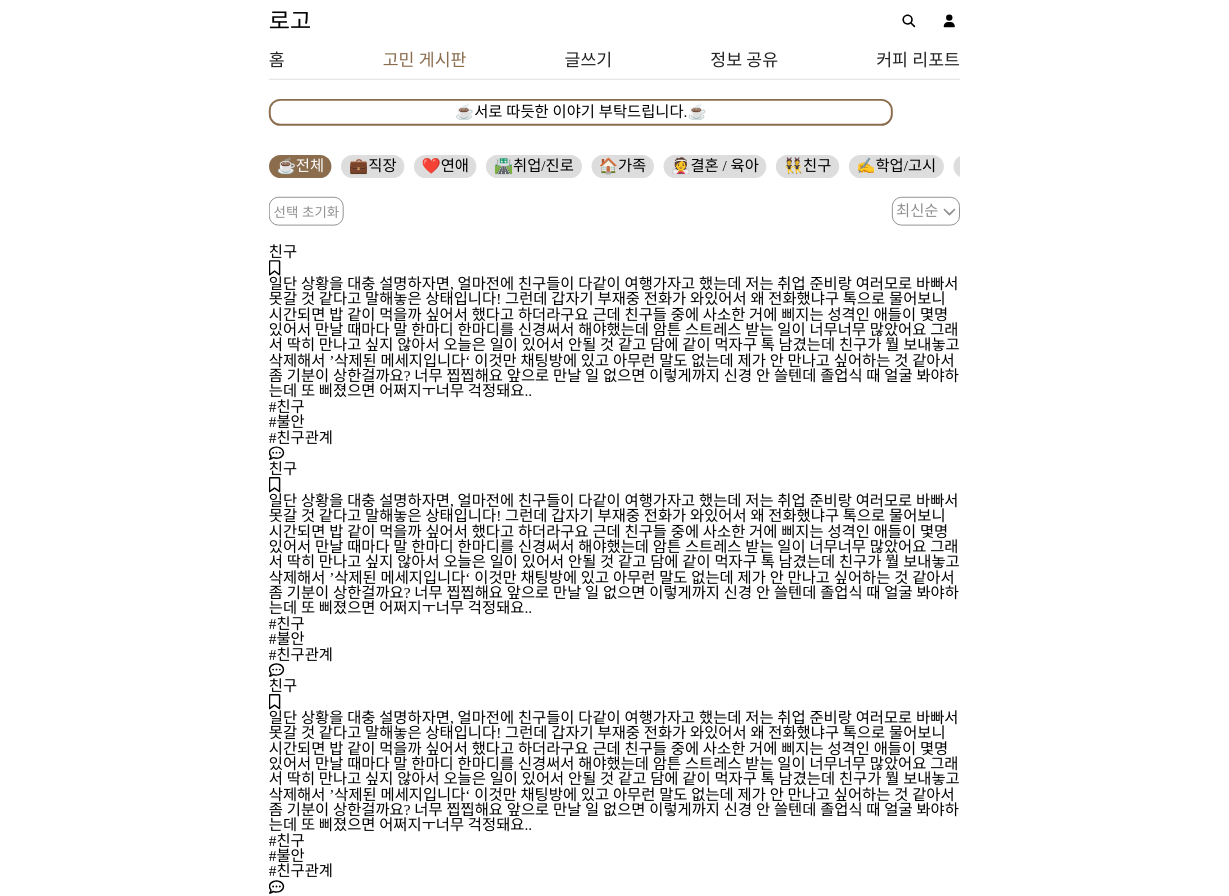
Repository: zlazlazla35/coffee
Page: /list
An editor plug-in stored every save of this project. The page is shown before and after the next save, followed by the edit.
The browser window is 1280 px wide. The pictures show the whole page, at 96% of full size.
Some web fonts or font styles are not loaded; a fallback is used. The project was rebuilt for these pictures with package versions that can differ from the ones it lists, and the page was loaded fresh each time. The framework's server and built-in components were replaced by stand-ins that run in the browser. Also part of the build but not shown: next.config.mjs.

Above is the page before, as saved 2024-12-26 21:09:28.

### src/app/layout.js
import { Geist, Geist_Mono } from "next/font/google";
import "./globals.css";
import Link from "next/link";
import { FontAwesomeIcon } from '@fortawesome/react-fontawesome'
import { faMagnifyingGlass, faUser } from '@fortawesome/free-solid-svg-icons'
import NavMenu from "./component/NavMenu";

const geistSans = Geist({
  variable: "--font-geist-sans",
  subsets: ["latin"],
});

const geistMono = Geist_Mono({
  variable: "--font-geist-mono",
  subsets: ["latin"],
});

export const metadata = {
  title: "Create Next App",
  description: "Generated by create next app",
};

export default function RootLayout({ children }) {
  return (
    <html lang="en">
      <body className={`${geistSans.variable} ${geistMono.variable}`}>
        <div className="nav_bar">
          <div className="nav_bar_top">
            <Link className="logo" href={'/'}>로고</Link>
            <div className="userBox">
              <button>
                <FontAwesomeIcon icon={faMagnifyingGlass} />
              </button>
              <button>
                <FontAwesomeIcon icon={faUser} />
              </button>
            </div>
          </div>
          <div className="nav_bar_bottom">
          <NavMenu></NavMenu>
          </div>
        </div>
        {children}
      </body>
    </html>
  );
}

### src/app/list/page.js
'use client'
import { useEffect, useRef, useState } from "react"
import { FontAwesomeIcon } from '@fortawesome/react-fontawesome'
import { faChevronDown, } from '@fortawesome/free-solid-svg-icons'
import { faBookmark, faCommentDots } from '@fortawesome/free-regular-svg-icons'


export default function List() {
    let [tagList, setTagList] = useState(['☕전체', '💼직장', '❤️연애', '🛣️취업/진로', '🏠가족', '👰결혼 / 육아', '👯친구', '✍️학업/고시', '🚫중독', '💰사업 / 금전', '💉질병 / 질환']);
    let [tagActive, setTagActive] = useState([true, false, false, false, false, false, false, false, false, false, false]);
    let [selectList, setSelectList] = useState(['최신순', '오랜된순', '인기순'])
    let [userSelect, setUserSelect] = useState('최신순')
    const userMenu = useRef();
    const [isOpen, setIsOpen] = useState(false);



    const modalCloseHandler = ({ target }) => {
        if (isOpen && !userMenu.current.contains(target)) setIsOpen(false);
    };

    useEffect(() => {
        window.addEventListener('click', modalCloseHandler);
        return () => {
            window.removeEventListener('click', modalCloseHandler);
        };
    });





    return (
        <div className="liset_page">
            <div className="top_border">
                ☕서로 따듯한 이야기 부탁드립니다.☕
            </div>
            <div className="tag">
                <ul className="tag_list">
                    {
                        tagList.map((item, i) => {

                            return (
                                <li className={tagActive[i] == true ? 'on' : null} key={i} onClick={(e) => {
                                    let copy = [...tagActive];

                                    if (copy[i] == false) {
                                        copy[i] = true;
                                        setTagActive(copy);
                                    } else {
                                        copy[i] = false;
                                        setTagActive(copy);
                                    }

                                    if (e.target.innerHTML !== '☕전체') {
                                        copy[0] = false;
                                        setTagActive(copy);
                                    } else {
                                        let copy2 = [true, false, false, false, false, false, false, false, false, false, false];
                                        setTagActive(copy2);
                                    }
                                }} >{item}</li>
                            )
                        })
                    }
                </ul>
            </div>
            <div className="filterBox">
                <button className="tag_reset" onClick={() => {
                    let copy2 = [true, false, false, false, false, false, false, false, false, false, false];
                    setTagActive(copy2);
                }}>선택 초기화</button>
                <div className="filterSelectBox" ref={userMenu} onClick={() => {
                    setIsOpen(!isOpen)
                }}>
                    <h2 className="title">{userSelect}<FontAwesomeIcon icon={faChevronDown} /></h2>
                    {
                        isOpen ?
                            <ul className="filterSelect">
                                {
                                    selectList.map((item, i) => {
                                        return (
                                            <li key={i} onClick={(e) => {
                                                setUserSelect(e.target.innerHTML);
                                            }}>{item}</li>
                                        )
                                    })
                                }
                            </ul>
                            :
                            null
                    }
                </div>
            </div>
            <div className="list_card">
                <div className="list_card_top">
                    <span className="title">친구</span>
                    <div>
                        <FontAwesomeIcon icon={faBookmark} />
                    </div>
                </div>
                <div className="userText">
                    일단 상황을 대충 설명하자면, 얼마전에 친구들이 다같이 여행가자고 했는데 저는 취업 준비랑 여러모로 바빠서 못갈 것 같다고 말해놓은 상태입니다!
                    그런데 갑자기 부재중 전화가 와있어서 왜 전화했냐구 톡으로 물어보니 시간되면 밥 같이 먹을까 싶어서 했다고 하더라구요
                    근데 친구들 중에 사소한 거에 삐지는 성격인 애들이 몇명있어서 만날 때마다 말 한마디 한마디를 신경써서 해야했는데 암튼 스트레스 받는 일이 너무너무 많았어요
                    그래서 딱히 만나고 싶지 않아서 오늘은 일이 있어서 안될 것 같고 담에 같이 먹자구 톡 남겼는데
                    친구가 뭘 보내놓고 삭제해서 ’삭제된 메세지입니다‘ 이것만 채팅방에 있고 아무런 말도 없는데
                    제가 안 만나고 싶어하는 것 같아서 좀 기분이 상한걸까요?
                    너무 찝찝해요 앞으로 만날 일 없으면 이렇게까지 신경 안 쓸텐데
                    졸업식 때 얼굴 봐야하는데 또 삐졌으면 어쩌지ㅜ너무 걱정돼요..
                </div>
                <div className="list_card_bottom">
                    <ul className="tag">
                        <li>#친구</li>
                        <li>#불안</li>
                        <li>#친구관계</li>
                    </ul>
                    <div className="comment">
                        <FontAwesomeIcon icon={faCommentDots} />
                    </div>
                </div>
            </div>
            <div className="list_card">
                <div className="list_card_top">
                    <span className="title">친구</span>
                    <div>
                        <FontAwesomeIcon icon={faBookmark} />
                    </div>
                </div>
                <div className="userText">
                    일단 상황을 대충 설명하자면, 얼마전에 친구들이 다같이 여행가자고 했는데 저는 취업 준비랑 여러모로 바빠서 못갈 것 같다고 말해놓은 상태입니다!
                    그런데 갑자기 부재중 전화가 와있어서 왜 전화했냐구 톡으로 물어보니 시간되면 밥 같이 먹을까 싶어서 했다고 하더라구요
                    근데 친구들 중에 사소한 거에 삐지는 성격인 애들이 몇명있어서 만날 때마다 말 한마디 한마디를 신경써서 해야했는데 암튼 스트레스 받는 일이 너무너무 많았어요
                    그래서 딱히 만나고 싶지 않아서 오늘은 일이 있어서 안될 것 같고 담에 같이 먹자구 톡 남겼는데
                    친구가 뭘 보내놓고 삭제해서 ’삭제된 메세지입니다‘ 이것만 채팅방에 있고 아무런 말도 없는데
                    제가 안 만나고 싶어하는 것 같아서 좀 기분이 상한걸까요?
                    너무 찝찝해요 앞으로 만날 일 없으면 이렇게까지 신경 안 쓸텐데
                    졸업식 때 얼굴 봐야하는데 또 삐졌으면 어쩌지ㅜ너무 걱정돼요..
                </div>
                <div className="list_card_bottom">
                    <ul className="tag">
                        <li>#친구</li>
                        <li>#불안</li>
                        <li>#친구관계</li>
                    </ul>
                    <div className="comment">
                        <FontAwesomeIcon icon={faCommentDots} />
                    </div>
                </div>
            </div>
            <div className="list_card">
                <div className="list_card_top">
                    <span className="title">친구</span>
                    <div>
                        <FontAwesomeIcon icon={faBookmark} />
                    </div>
                </div>
                <div className="userText">
                    일단 상황을 대충 설명하자면, 얼마전에 친구들이 다같이 여행가자고 했는데 저는 취업 준비랑 여러모로 바빠서 못갈 것 같다고 말해놓은 상태입니다!
                    그런데 갑자기 부재중 전화가 와있어서 왜 전화했냐구 톡으로 물어보니 시간되면 밥 같이 먹을까 싶어서 했다고 하더라구요
                    근데 친구들 중에 사소한 거에 삐지는 성격인 애들이 몇명있어서 만날 때마다 말 한마디 한마디를 신경써서 해야했는데 암튼 스트레스 받는 일이 너무너무 많았어요
                    그래서 딱히 만나고 싶지 않아서 오늘은 일이 있어서 안될 것 같고 담에 같이 먹자구 톡 남겼는데
                    친구가 뭘 보내놓고 삭제해서 ’삭제된 메세지입니다‘ 이것만 채팅방에 있고 아무런 말도 없는데
                    제가 안 만나고 싶어하는 것 같아서 좀 기분이 상한걸까요?
                    너무 찝찝해요 앞으로 만날 일 없으면 이렇게까지 신경 안 쓸텐데
                    졸업식 때 얼굴 봐야하는데 또 삐졌으면 어쩌지ㅜ너무 걱정돼요..
                </div>
                <div className="list_card_bottom">
                    <ul className="tag">
                        <li>#친구</li>
                        <li>#불안</li>
                        <li>#친구관계</li>
                    </ul>
                    <div className="comment">
                        <FontAwesomeIcon icon={faCommentDots} />
                    </div>
                </div>
            </div>
        </div>
    )
}

### src/app/globals.css
@font-face {
    font-family: 'Ownglyph_StudyHard-Rg';
    src: url('https://fastly.jsdelivr.net/gh/projectnoonnu/2411-3@1.0/Ownglyph_StudyHard-Rg.woff2') format('woff2');
    font-weight: normal;
    font-style: normal;
}
/* /styles/reset.css */
body {font-family: 'Ownglyph_StudyHard-Rg' !important;}
html, body, div, span, applet, object, iframe,
h1, h2, h3, h4, h5, h6, p, blockquote, pre,
a, abbr, acronym, address, big, cite, code,
del, dfn, em, img, ins, kbd, q, s, samp,
small, strike, strong, sub, sup, tt, var,
b, u, i, center,
dl, dt, dd, ol, ul, li,
fieldset, form, label, legend,
table, caption, tbody, tfoot, thead, tr, th, td,
article, aside, canvas, details, embed,
figure, figcaption, footer, header, hgroup,
menu, nav, output, ruby, section, summary,
time, mark, audio, video {
	margin: 0;
	padding: 0;
	border: 0;
	font-size: 100%;
	font: inherit;
	vertical-align: baseline;
}
/* HTML5 display-role reset for older browsers */
article, aside, details, figcaption, figure,
footer, header, hgroup, menu, nav, section {
	display: block;
}
body {
	line-height: 1;
}
ol, ul {
	list-style: none;
}
blockquote, q {
	quotes: none;
}
blockquote:before, blockquote:after,
q:before, q:after {
	content: '';
	content: none;
}
table {
	border-collapse: collapse;
	border-spacing: 0;
}
input:focus {outline: none;}
a {text-decoration: none; color: inherit;}


.nav_bar {width: 100%; max-width: 720px; margin: 0 auto;}
.nav_bar .nav_bar_top {width: 100%; display: flex; align-items: center; justify-content: space-between; box-sizing: border-box; padding: 10px 0; }
.nav_bar .nav_bar_top .logo {font-size: 24px; }
.nav_bar .nav_bar_top .userBox {display: flex; align-items: center;}
.nav_bar .nav_bar_top .userBox button {width: 22px; display: block; background: none; border: none; padding: 0;}
.nav_bar .nav_bar_top .userBox button {margin-right: 20px;}
.nav_bar .nav_bar_top .userBox button:last-child {margin-right: 0;}
.nav_bar .nav_bar_bottom {width: 100%; }
.nav_bar .nav_bar_bottom .nav_list {display: flex; align-items: center; justify-content: space-between; box-sizing: border-box; padding: 10px 0; border-bottom: 1px solid #ddd;}
.nav_bar .nav_bar_bottom .nav_list li { font-size: 18px; color: #232323; }
.nav_bar .nav_bar_bottom .nav_list li a.active {color: #8b6d4e; }


.liset_page {width: 100%; max-width: 720px; margin: 0 auto;}
.liset_page .top_border {width: 100%; max-width: 650px; border: 2px solid #8b6d4e; border-radius: 12px; display: flex; align-items: center; justify-content: center; font-size: 16px; box-sizing: border-box; padding: 4px; margin: 20px 0 30px;}
.liset_page .tag {width: 100%;}
.liset_page .tag .tag_list {width: 100%; display: flex; align-items: center; white-space: nowrap; overflow-x: scroll;}
.liset_page .tag .tag_list::-webkit-scrollbar {height: 8px;}
.liset_page .tag .tag_list::-webkit-scrollbar-thumb {background: #a89f96; border-radius: 10px; }
.liset_page .tag .tag_list::-webkit-scrollbar-track {background: rgba(123, 87, 8, 0.1); }
.liset_page .tag .tag_list li {background: #ddd; font-size: 16px; box-sizing: border-box; padding: 4px 8px; border-radius: 12px; margin-right: 10px; cursor: pointer;}
.liset_page .tag .tag_list li:last-child {margin-right: 0;}
.liset_page .tag .tag_list li.on {background: #8b6d4e; color: #fff;}
.liset_page .filterBox {width: 100%; display: flex; align-items: center; justify-content: space-between;}
.liset_page .filterBox .filterSelectBox {display: flex; position: relative; border: 1px solid #8f8f8f; border-radius: 10px; width: 100%; max-width: 69px; height: 28px; align-items: center; justify-content: center; margin: 20px 0; cursor: pointer;}
.liset_page .filterBox .filterSelectBox .title {font-size: 16px; color: #8f8f8f;}
.liset_page .filterBox .filterSelectBox .title svg {font-size: 14px; margin-left: 4px;}
.liset_page .filterBox .filterSelectBox .filterSelect {position: absolute; left: 50%; top: 34px; width: 100%; transform: translateX(-50%); border-radius: 8px; overflow: hidden;}
.liset_page .filterBox .filterSelectBox .filterSelect {width: 100%; box-shadow: 2px 2px 12px rgba(0, 0, 0, 0.2);}
.liset_page .filterBox .filterSelectBox .filterSelect li {width: 100%; text-align: center; box-sizing: border-box; padding: 6px 0; border-bottom: 1px solid #ddd; font-size: 16px; color: #8f8f8f;}


.liset_page .filterBox .tag_reset{display: inline-block; box-sizing: border-box; padding: 4px; border: 1px solid #8f8f8f; background: none; color: #8f8f8f; font-size: 14px; border-radius: 10px;}

### src/app/component/NavMenu.js
'use client'

import Link from "next/link";
import { usePathname } from "next/navigation";

export default function NavMenu() {
    const pathname = usePathname();

    return (
        <ul className="nav_list">
            <li>
                <Link href={'/'}>홈</Link>
            </li>
            <li>
                <Link className={pathname == '/list'? 'active' : null} href={'/list'}>고민 게시판</Link>
            </li>
            <li>
                <Link className={pathname == '/writing'? 'active' : null} href={'/writing'}>글쓰기</Link>
            </li>
            <li>
                <Link className={pathname == '/share'? 'active' : null} href={'/share'}>정보 공유</Link>
            </li>
            <li>
                <Link className={pathname == '/report'? 'active' : null} href={'/report'}>커피 리포트</Link>
            </li>
        </ul>
    )
}

After the next save:
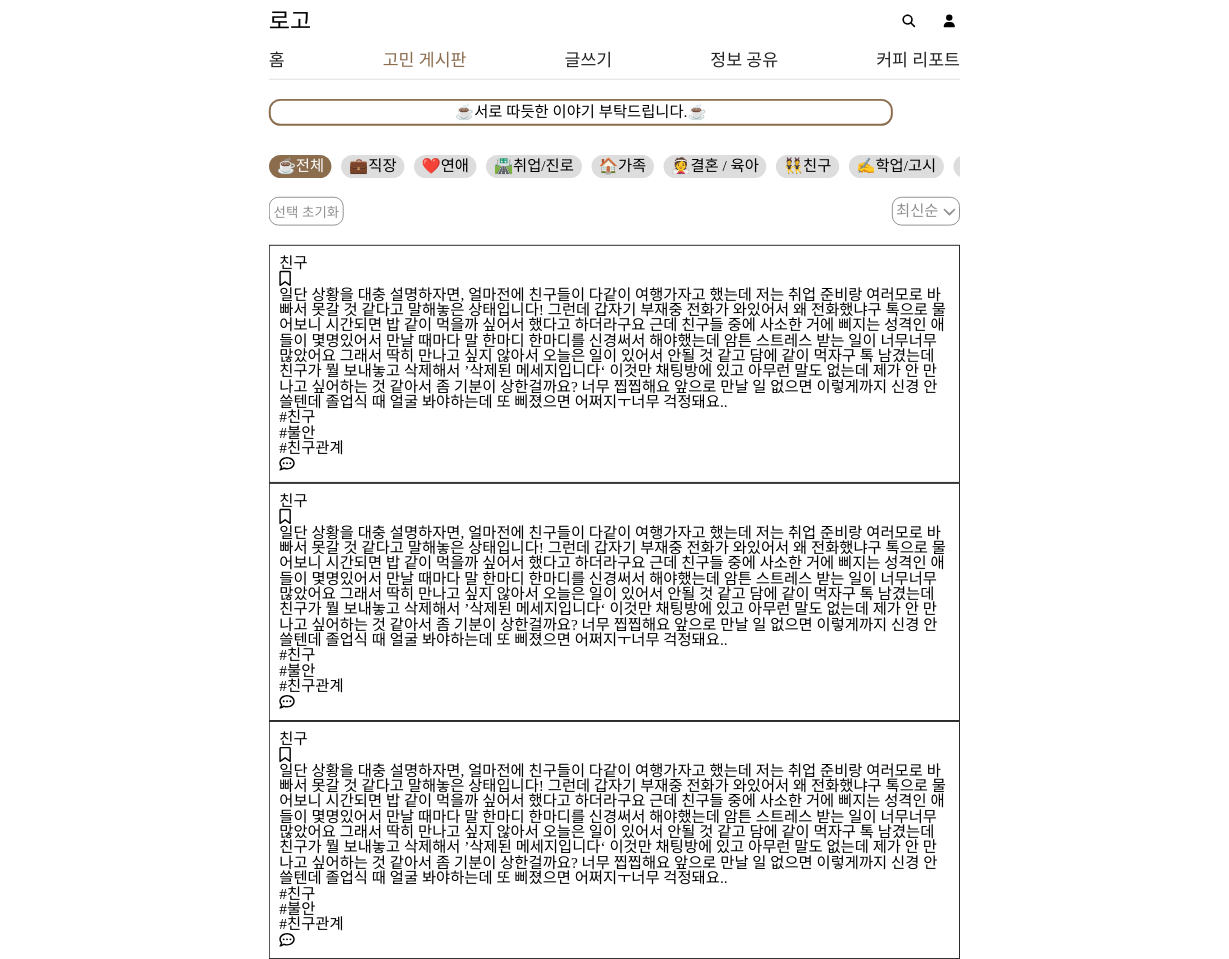
Saved 35 s later.
--- a/src/app/globals.css
+++ b/src/app/globals.css
@@ -83,6 +83,7 @@ a {text-decoration: none; color: inherit;}
 .liset_page .filterBox .filterSelectBox .filterSelect {position: absolute; left: 50%; top: 34px; width: 100%; transform: translateX(-50%); border-radius: 8px; overflow: hidden;}
 .liset_page .filterBox .filterSelectBox .filterSelect {width: 100%; box-shadow: 2px 2px 12px rgba(0, 0, 0, 0.2);}
 .liset_page .filterBox .filterSelectBox .filterSelect li {width: 100%; text-align: center; box-sizing: border-box; padding: 6px 0; border-bottom: 1px solid #ddd; font-size: 16px; color: #8f8f8f;}
+.liset_page .filterBox .tag_reset{display: inline-block; box-sizing: border-box; padding: 4px; border: 1px solid #8f8f8f; background: none; color: #8f8f8f; font-size: 14px; border-radius: 10px;}
 
 
-.liset_page .filterBox .tag_reset{display: inline-block; box-sizing: border-box; padding: 4px; border: 1px solid #8f8f8f; background: none; color: #8f8f8f; font-size: 14px; border-radius: 10px;}
+.liset_page .list_card {width: 100%; box-sizing: border-box; padding: 10px; border: 1px solid #232323;}
